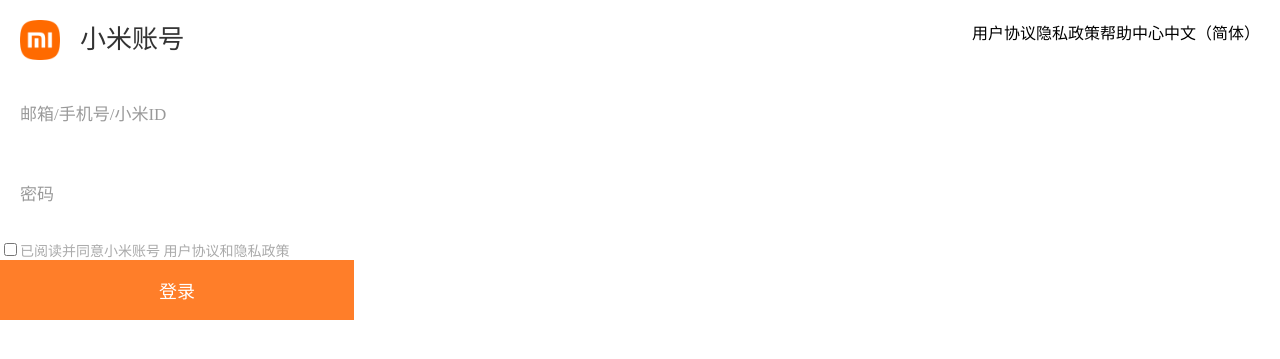
Repository: PLA-31695/Xiaomi
Page: /#/login
The author's editor kept a copy of each file at every save. The page is drawn from the files as they stood at one save, then again after the next save.
The browser window is 1280 px wide. The pictures show the whole page.
The project was rebuilt for these pictures with package versions that can differ from the ones it lists, and the page was loaded fresh each time. Also part of the build but not shown: vue.config.js, src/components/Header/my-header.vue, src/views/Home/home.vue, src/views/Register/register.vue.

Above is the page before, as saved 2022-03-22 21:23:46.

After the next save:
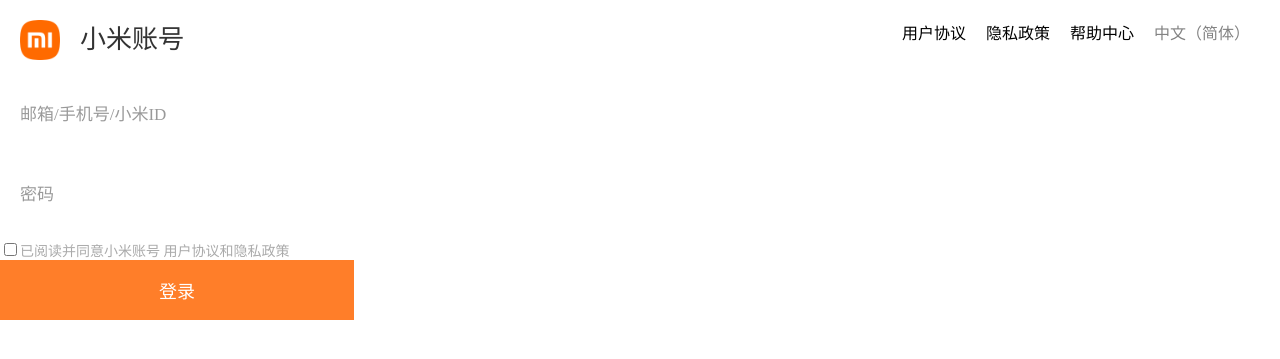
Saved 4 min 5 s later.
--- a/src/components/Header/serve-header.vue
+++ b/src/components/Header/serve-header.vue
@@ -63,6 +63,8 @@
             float: right;
             ul li{
                 float: left;
+                margin: 0 10px;
+                color: #838383;
             }
         }
     }
